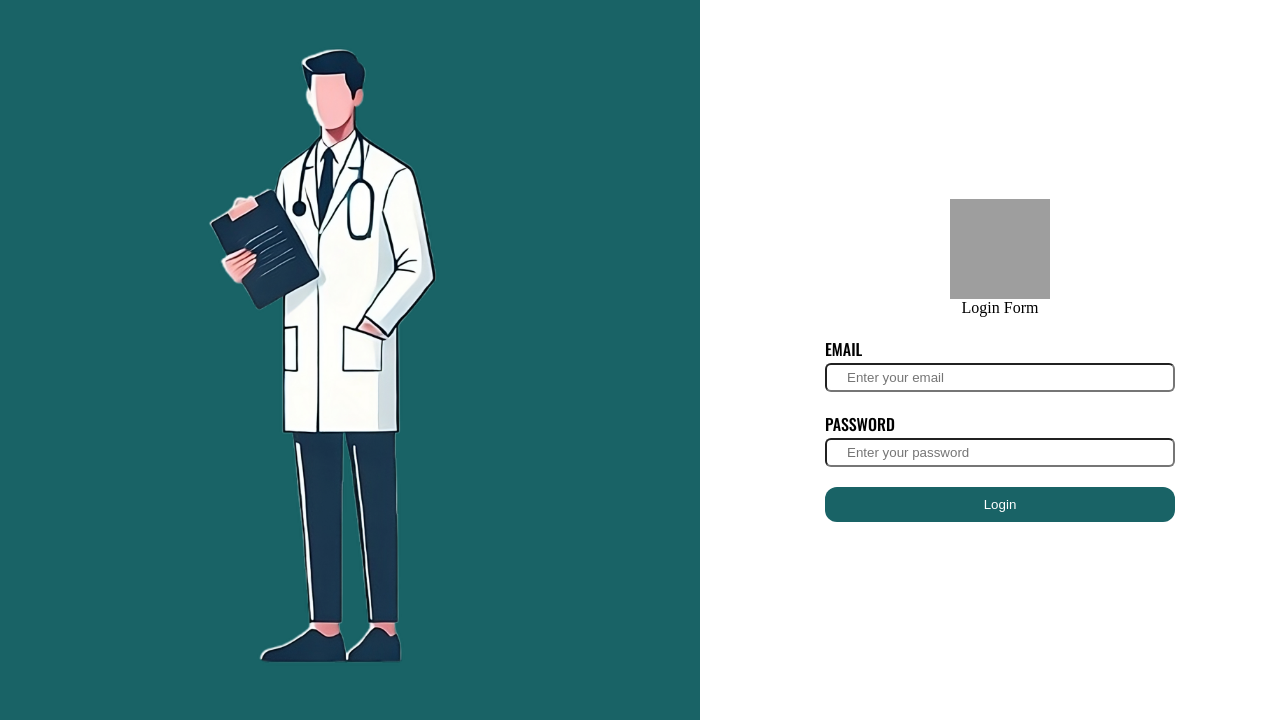
Repository: AriaFantom/Minor-Project
Page: http://localhost/Project/login.jsp
These files come from the project's save history. The page is drawn as it stood at one moment and after the next save; the edit follows.
The browser window is 1280 px wide. The pictures show the whole page.
Pictures or frames that could not be fetched are drawn as grey boxes. Some web fonts or font styles are not loaded; a fallback is used. The page is served by Tomcat 10.

Above is the page before, as saved 2025-01-14 18:35:40.

After the next save:
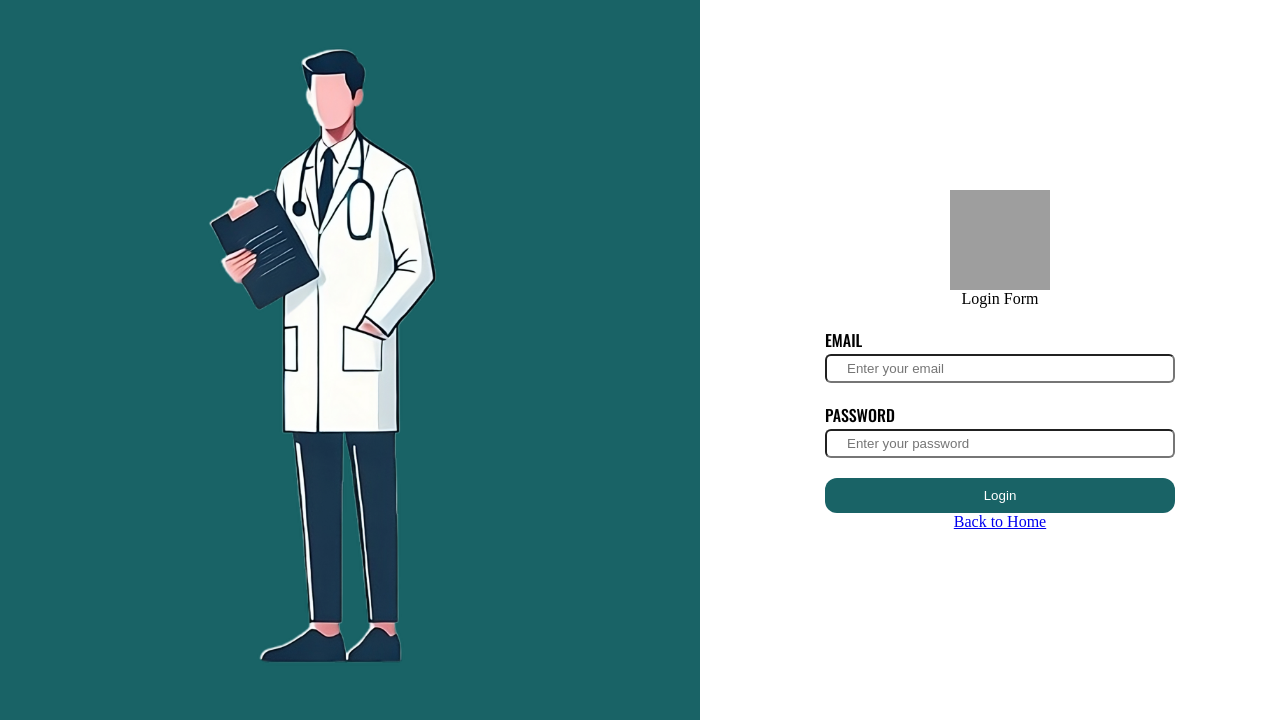
Saved 26 min 15 s later.
--- a/Project/src/main/webapp/login.jsp
+++ b/Project/src/main/webapp/login.jsp
@@ -44,6 +44,7 @@
             <input type="password" id="password" name="password" placeholder="Enter your password">
             <button>Login</button>
         </form>
+        <a href="<%=request.getContextPath()%>/index.jsp" class="back-button">Back to Home</a>
     </div>
 </main>
 </body>
